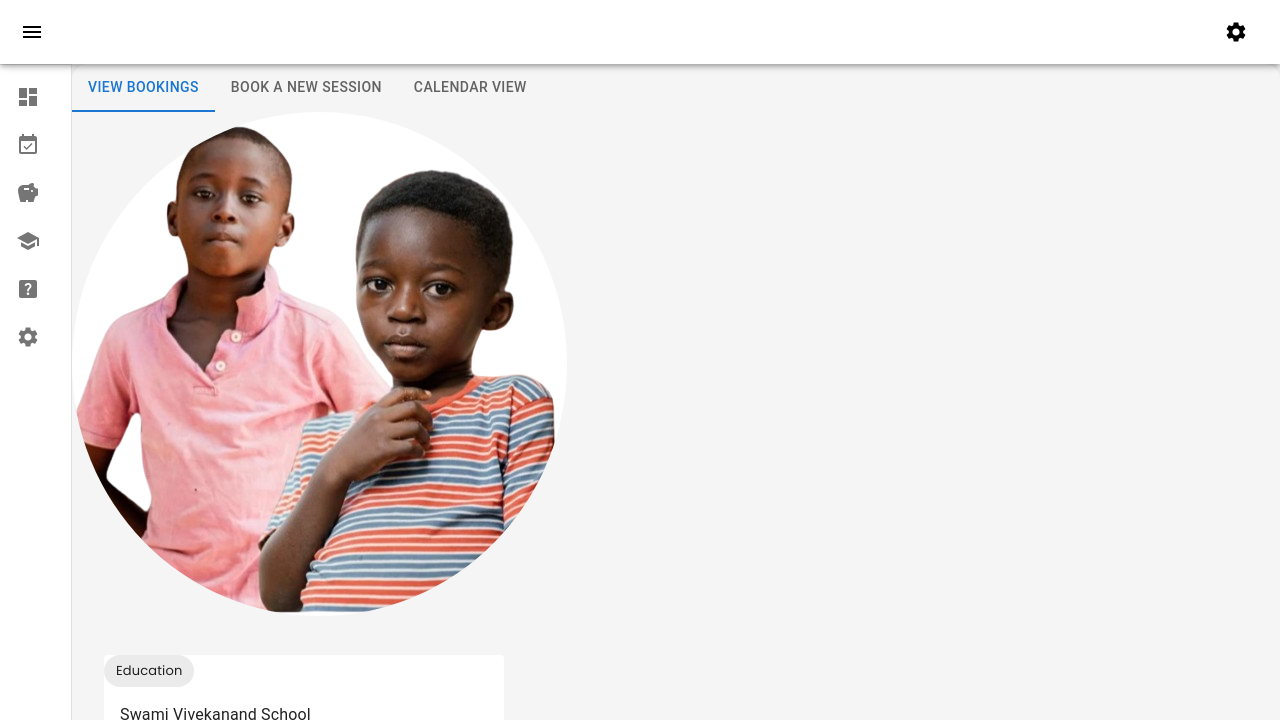
Repository: shubhampirate/Google_Solutions_Edural
Page: /bookings
An editor plug-in stored every save of this project. The page is shown before and after the next save, followed by the edit.
The browser window is 1280 px wide. The pictures show the whole page.
An inner scrolling area shows only its first screen. The project was rebuilt for these pictures with package versions that can differ from the ones it lists, and the page was loaded fresh each time. Some packages were replaced by stand-ins written for this rebuild. Also part of the build but not shown: src/Components/Navbar.jsx, src/Components/Footer.jsx, src/Components/CongratsCard.jsx, src/pages/Hero/Hero.jsx, src/pages/Dashboard/Dashboard.jsx, src/pages/Sign_in.jsx, src/pages/Bookings/LicenseCard.jsx.

Above is the page before, as saved 2024-02-04 17:27:59.

### src/index.js
import React from "react";
import ReactDOM from "react-dom/client";
import "./index.css";
import { GoogleOAuthProvider } from '@react-oauth/google';
import App from "./App";
import { BrowserRouter } from "react-router-dom";
const root = ReactDOM.createRoot(
    document.getElementById("root"));
root.render(
    <BrowserRouter>
<GoogleOAuthProvider clientId="730379698185-cv7a59sok9sod43v04ee6g6pt4gtaea2.apps.googleusercontent.com">
        {/* <React.StrictMode> */}
            <App />
        {/* </React.StrictMode> */}
    </GoogleOAuthProvider>
    </BrowserRouter>

);

### src/App.jsx
import Hero from "./pages/Hero/Hero";
import Dashboard from "./pages/Dashboard/Dashboard";
import Layout from "./Components/layout";
import SignIn from "./pages/Sign_in";
import Booking from "./pages/Bookings/bookings"
import {useState} from "react";
import { Route, Routes } from "react-router-dom";
function App() {
  return (
    <>
      {/* <Hero />   */}
      {/* <SignIn /> */}
      <Routes>
        <Route path="/signin" element={<><SignIn /></>} />
        <Route path="/dashboard" element={<Layout><Dashboard /></Layout>} />
        {/* <Route path="/education" element={<><Education /></>} /> */}
        <Route path="/bookings" element={<Layout><Booking /></Layout>} />
        {/* <Route path="/profile" element={<><Profile /></>} /> */}
        {/* <Route path="/finance" element={<><Finance /></>} /> */}
        {/* <Route path="/questions" element={<><Questions /></>} /> */}
        {/* <Route path="/retireaibot" element={<><Bot /></>} /> */}
        <Route path="/" element={<><Hero /></>} />
      </Routes>
         </>
  );
}

export default App;

### src/Components/layout.jsx
import React from 'react';
import { styled, createTheme, ThemeProvider } from '@mui/material/styles';
import CssBaseline from '@mui/material/CssBaseline';
import MuiDrawer from '@mui/material/Drawer';
import Box from '@mui/material/Box';
import MuiAppBar from '@mui/material/AppBar';
import Toolbar from '@mui/material/Toolbar';
import IconButton from '@mui/material/IconButton';
import MenuIcon from '@mui/icons-material/Menu';
import ChevronLeftIcon from '@mui/icons-material/ChevronLeft';
import { mainListItems } from './listItems';
import { List } from '@mui/material';
import Divider from '@mui/material/Divider';
import Badge from '@mui/material/Badge';
// import NotificationsIcon from '@mui/icons-material/Notifications';
import Typography from '@mui/material/Typography';
import SettingsIcon from '@mui/icons-material/Settings';
const drawerWidth = 240;

const AppBar = styled(MuiAppBar, {
  shouldForwardProp: (prop) => prop !== 'open',
})(({ theme, open }) => ({
  zIndex: theme.zIndex.drawer + 1,
  transition: theme.transitions.create(['width', 'margin'], {
    easing: theme.transitions.easing.sharp,
    duration: theme.transitions.duration.leavingScreen,
  }),
  ...(open && {
    marginLeft: drawerWidth,
    width: `calc(100% - ${drawerWidth}px)`,
    transition: theme.transitions.create(['width', 'margin'], {
      easing: theme.transitions.easing.sharp,
      duration: theme.transitions.duration.enteringScreen,
    }),
  }),
  backgroundColor: 'white', // Set background color to white
  color: 'black',
}));

const Drawer = styled(MuiDrawer, { shouldForwardProp: (prop) => prop !== 'open' })(
  ({ theme, open }) => ({
    '& .MuiDrawer-paper': {
      position: 'relative',
      whiteSpace: 'nowrap',
      width: drawerWidth,
      transition: theme.transitions.create('width', {
        easing: theme.transitions.easing.sharp,
        duration: theme.transitions.duration.enteringScreen,
      }),
      boxSizing: 'border-box',
      ...(!open && {
        overflowX: 'hidden',
        transition: theme.transitions.create('width', {
          easing: theme.transitions.easing.sharp,
          duration: theme.transitions.duration.leavingScreen,
        }),
        width: theme.spacing(7),
        [theme.breakpoints.up('sm')]: {
          width: theme.spacing(9),
        },
      }),
    },
  }),
);

const defaultTheme = createTheme();

const Layout = ({ children }) => {
  const [open, setOpen] = React.useState(false);

  const toggleDrawer = () => {
    setOpen(!open);
  };

  return (
    <ThemeProvider theme={defaultTheme}>
      <Box sx={{ display: 'flex' }}>
        <CssBaseline />
        <AppBar position="absolute" open={open}
        //  sx={{
        //         backgroundColor:
        //         // "rgba(244, 127, 42, 0.04)",
        //         (theme) =>
        //         theme.palette.mode === 'light'
        //             ? theme.palette.grey[100]
        //             : theme.palette.grey[900]}}
                    >
          <Toolbar
            sx={{
              pr: '24px', // keep right padding when drawer closed
            }}
          >
            <IconButton
              edge="start"
              color="inherit"
              aria-label="open drawer"
              onClick={toggleDrawer}
              sx={{
                marginRight: '36px',
                ...(open && { display: 'none' }),
              }}
            >
              <MenuIcon />
            </IconButton>
            <Typography
              component="h1"
              variant="h6"
              color="inherit"
              noWrap
              sx={{ flexGrow: 1 }}
            >
              {/* Dashboard */}
            </Typography>
            <IconButton color="inherit">
              {/* <Badge badgeContent={4} color="secondary"> */}
                <SettingsIcon />
              {/* </Badge> */}
            </IconButton>

          </Toolbar>
        </AppBar>
        <Drawer variant="permanent" open={open}>
          <Toolbar
            sx={{
              display: 'flex',
              alignItems: 'center',
              justifyContent: 'flex-end',
              px: [1],
            }}
          >
            <IconButton onClick={toggleDrawer}>
              <ChevronLeftIcon />
            </IconButton>
          </Toolbar>
          <Divider />
            <List component="nav">
                {mainListItems}
            </List>
        </Drawer>
        <Box
          component="main"
          sx={{
            backgroundColor: (theme) =>
              theme.palette.mode === 'light'
                ? theme.palette.grey[100]
                : theme.palette.grey[900],
            flexGrow: 1,
            height: '100vh',
            overflow: 'auto',
          }}
        >
          <Toolbar />
          {/* Content of individual pages */}
          {children}
        </Box>
      </Box>
    </ThemeProvider>
  );
};

export default Layout;

### src/pages/Bookings/bookings.jsx
import React, { useState, useEffect } from 'react';
import { styled, createTheme, ThemeProvider } from '@mui/material/styles';
import CssBaseline from '@mui/material/CssBaseline';
import Box from '@mui/material/Box';
import Tabs from '@mui/material/Tabs';
import Tab from '@mui/material/Tab';
import Card from '@mui/material/Card';
import CardContent from '@mui/material/CardContent';
import Typography from '@mui/material/Typography';
import GoogleMapReact from 'google-map-react'; // Install with npm/yarn
import FullCalendar from '@fullcalendar/react'; // Install with npm/yarn
import dayGridPlugin from '@fullcalendar/daygrid'; // Install with npm/yarn
import LicenseCard from './LicenseCard';
import { CardActions, Button } from '@mui/material';
import Chip from '@mui/material/Chip';
import CustomButton from '../../Components/CustomButton';
import heroImg from "../../media/img_main_page.png";
const defaultTheme = createTheme();

// Placeholder data for bookings and calendar events
const bookingsData = [
  { id: 1, title: 'Booking 1', date: '2024-02-10' },
  { id: 2, title: 'Booking 2', date: '2024-02-15' },
  // Add more booking data as needed
];

const calendarEvents = [
  { id: 1, title: 'Event 1', start: '2024-02-10', end: '2024-02-12' },
  { id: 2, title: 'Event 2', start: '2024-02-15', end: '2024-02-18' },
  // Add more calendar event data as needed
];

const AnyReactComponent = ({ text }) => <div>{text}</div>;

export default function Booking() {
  const [tabValue, setTabValue] = useState(0);

  const handleChangeTab = (event, newValue) => {
    setTabValue(newValue);
  };

  return (
    <ThemeProvider theme={defaultTheme}>
      <Box sx={{ display: 'flex', borderRadius: '16px', overflow: 'hidden', boxShadow: '0px 0px 10px rgba(0, 0, 0, 0.1)' }}>
        <CssBaseline />
        <Box
          component="main"
          sx={{
            backgroundColor: (theme) =>
              theme.palette.mode === 'light'
                ? theme.palette.grey[100]
                : theme.palette.grey[900],
            flexGrow: 1,
            height: '100vh',
            overflow: 'auto',
          }}
        >
          <Tabs value={tabValue} onChange={handleChangeTab}>
            <Tab label="View Bookings" />
            <Tab label="Book a New Session" />
            <Tab label="Calendar View" />
          </Tabs>

          {tabValue === 0 && (
            <Box>
              <div className="">
              <Box sx={{ flex: "0.75" }}>
            <img
              src={heroImg}
              alt="heroImg"
              style={{ maxWidth: "100%", maxHeight: "80%", borderRadius: "50%",  zIndex: -1,}}

            />
          </Box>
              <Card
      variant="solid"
      color="primary"

      sx={{
        boxShadow: 'lg',
        width: 400,
        overflow: 'auto',
        resize: 'horizontal',
        marginLeft:'2rem',
        marginTop:'2rem',


      }}
    >
      <Box sx={{ display: 'flex', gap: 1 }}>
        <Chip size="sm" variant="soft" label="Education" />

        {/* <Chip size="sm" variant="soft" label="Chip Filled" /> */}

      </Box>
      <div>
          <Typography fontSize="sm" textColor="text.tertiary">
{/*
          </Typography> */}
        </Typography>
      </div>
      <CardContent>
        <Typography level="title-lg"> Swami Vivekanand School </Typography>
        <Typography level="body-md">
         Venue : Palghar, Mumbai, India
        </Typography>
        <Typography level="body-md">
         Date : 29th February 2024
        </Typography>
      </CardContent>
      <CardActions>
      <CustomButton
              backgroundColor="#F47F2A"
              color="#fff"
              buttonText="Navigate to Maps"
              heroBtn={true}
            />
        {/* <Button variant="solid">Purchase Now</Button> */}
      </CardActions>
    </Card>
    </div>
            </Box>
          )}

          {tabValue === 1 && (
            <Box>
              {/* Book a New Session Content */}
              {/* Use Google Maps component to search for schools */}
              <GoogleMapReact
                bootstrapURLKeys={{ key: 'YOUR_GOOGLE_MAPS_API_KEY' }}
                defaultCenter={{ lat: 37.7749, lng: -122.4194 }}
                defaultZoom={10}
              >
                <AnyReactComponent lat={37.7749} lng={-122.4194} text="Your Location" />
              </GoogleMapReact>
            </Box>
          )}

          {tabValue === 2 && (
             <Box>
             {/* Calendar View Content */}
             {/* <FullCalendar
               plugins={[dayGridPlugin]}
               initialView="dayGridMonth"
               events={calendarEvents}
             /> */}
           </Box>          )}
        </Box>
      </Box>
    </ThemeProvider>
  );
}

### src/Components/CustomButton.jsx
import { Button, styled } from "@mui/material";
import React from "react";

const CustomButton = ({
  backgroundColor,
  color,
  buttonText,
  heroBtn,
  guideBtn,
  getStartedBtn,
}) => {
  const CustomButton = styled(Button)(({ theme }) => ({
    backgroundColor: backgroundColor,
    color: color,
    fontWeight: "700",
    fontSize: "14px",
    cursor: "pointer",
    padding: "0.5rem 1.25rem",
    borderRadius: "7px",
    textTransform: "none",
    display: "block",
    border: "2px solid transparent",
    "&:hover": {
      backgroundColor: color,
      color: backgroundColor,
      borderColor: backgroundColor,
    },
    [theme.breakpoints.down("md")]: {
      margin: (heroBtn || getStartedBtn) && theme.spacing(0, "auto", 3, "auto"),
      width: (heroBtn || getStartedBtn) && "90%",
    },
    [theme.breakpoints.down("sm")]: {
      marginTop: guideBtn && theme.spacing(3),
      width: guideBtn && "90%",
    },
  }));

  return <CustomButton>{buttonText}</CustomButton>;
};

export default CustomButton;

### src/Components/listItems.jsx
import * as React from 'react';
import ListItemButton from '@mui/material/ListItemButton';
import ListItemIcon from '@mui/material/ListItemIcon';
import ListItemText from '@mui/material/ListItemText';
import DashboardIcon from '@mui/icons-material/Dashboard';
import MedicalInformationIcon from '@mui/icons-material/MedicalInformation';
import SavingsIcon from '@mui/icons-material/Savings';
import SchoolIcon from '@mui/icons-material/School';
import HelpCenterIcon from '@mui/icons-material/HelpCenter';
import SettingsIcon from '@mui/icons-material/Settings';
import SmartToyIcon from '@mui/icons-material/SmartToy';
import { Link } from 'react-router-dom';
// import GoogleTranslateComponent from './GoogleTranslateComponent';
import EventAvailableIcon from '@mui/icons-material/EventAvailable';

export const mainListItems = (
  <>
    <React.Fragment>
      <Link to="/dashboard" style={{ textDecoration: "none", color: "black" }}>
        <ListItemButton>
          <ListItemIcon>
            <DashboardIcon />
          </ListItemIcon>
          <ListItemText primary="Dashboard" />
        </ListItemButton>
      </Link>
      <Link to="/bookings" style={{ textDecoration: "none", color: "black" }}>
        <ListItemButton>
          <ListItemIcon>
            <EventAvailableIcon />
          </ListItemIcon>
          <ListItemText primary="Bookings" />
        </ListItemButton>
      </Link>
      <Link to="/donation" style={{ textDecoration: "none", color: "black" }}>
        <ListItemButton>
          <ListItemIcon>
            <SavingsIcon />
          </ListItemIcon>
          <ListItemText primary="Donation" />
        </ListItemButton>
      </Link>
      <Link to="/education" style={{ textDecoration: "none", color: "black" }}>
        <ListItemButton>
          <ListItemIcon>
            <SchoolIcon />
          </ListItemIcon>
          <ListItemText primary="Educational Test" />
        </ListItemButton>
      </Link>
      <Link to="/questions" style={{ textDecoration: "none", color: "black" }}>
        <ListItemButton>
          <ListItemIcon>
            <HelpCenterIcon />
          </ListItemIcon>
          <ListItemText primary="FAQ" />
        </ListItemButton>
      </Link>
      <Link to="/profile" style={{ textDecoration: "none", color: "black" }}>
        <ListItemButton>
          <ListItemIcon>
            <SettingsIcon />
          </ListItemIcon>
          <ListItemText primary="Profile" />
        </ListItemButton>
      </Link>
      {/* <Link to="/retireaibot" style={{ textDecoration: "none", color: "black" }}>
        <ListItemButton>
          <ListItemIcon>
            <SmartToyIcon />
          </ListItemIcon>
          <ListItemText primary="Retire AI Bot" />
        </ListItemButton>
      </Link> */}
    </React.Fragment >
  </>
);

Loaded but not shown: public/index.html (common file); src/index.css (common file)

After the next save:
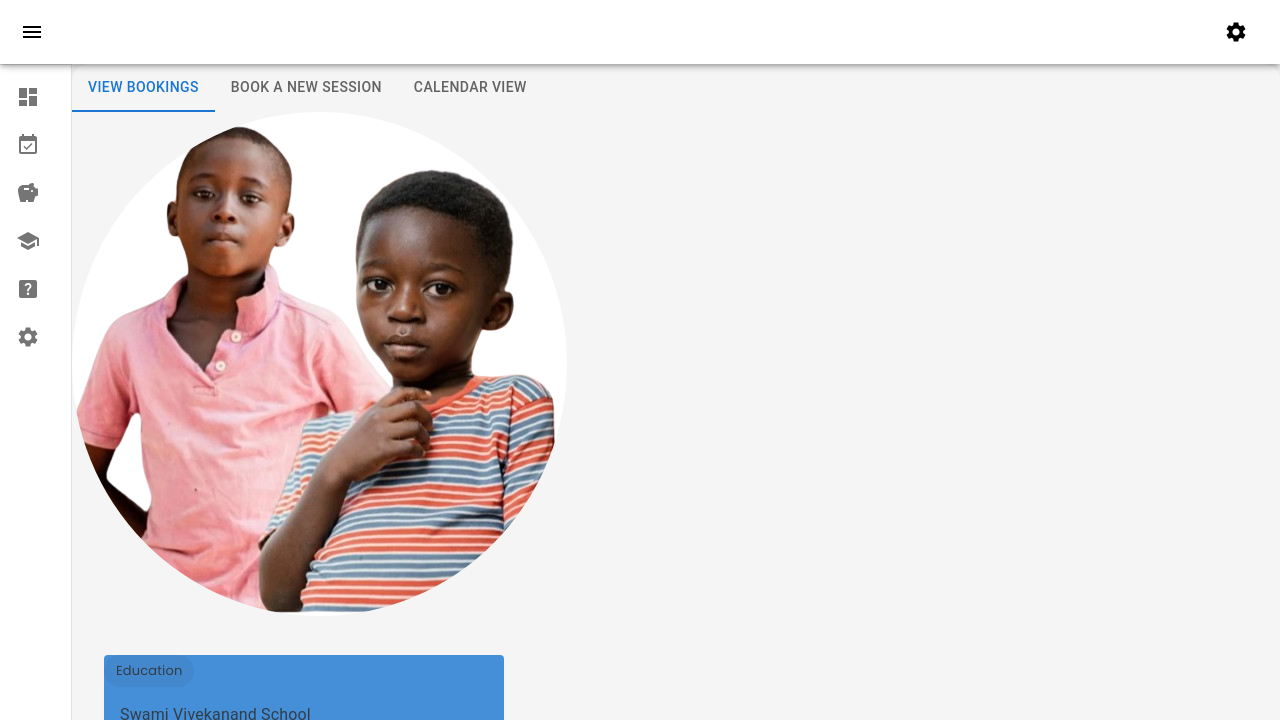
Saved 2 min 16 s later.
--- a/src/pages/Bookings/bookings.jsx
+++ b/src/pages/Bookings/bookings.jsx
@@ -78,11 +78,15 @@ export default function Booking() {
 
       sx={{
         boxShadow: 'lg',
-        width: 400,
-        overflow: 'auto',
-        resize: 'horizontal',
-        marginLeft:'2rem',
-        marginTop:'2rem',
+            width: 400,
+            overflow: 'auto',
+            resize: 'horizontal',
+            marginLeft: '2rem',
+            marginTop: '2rem',
+            position: 'relative',
+            zIndex: 1,
+            backgroundColor: (theme) => theme.palette.primary.main,
+            opacity: 0.8, // Adjust the opacity as needed
 
 
       }}

After the save that followed:
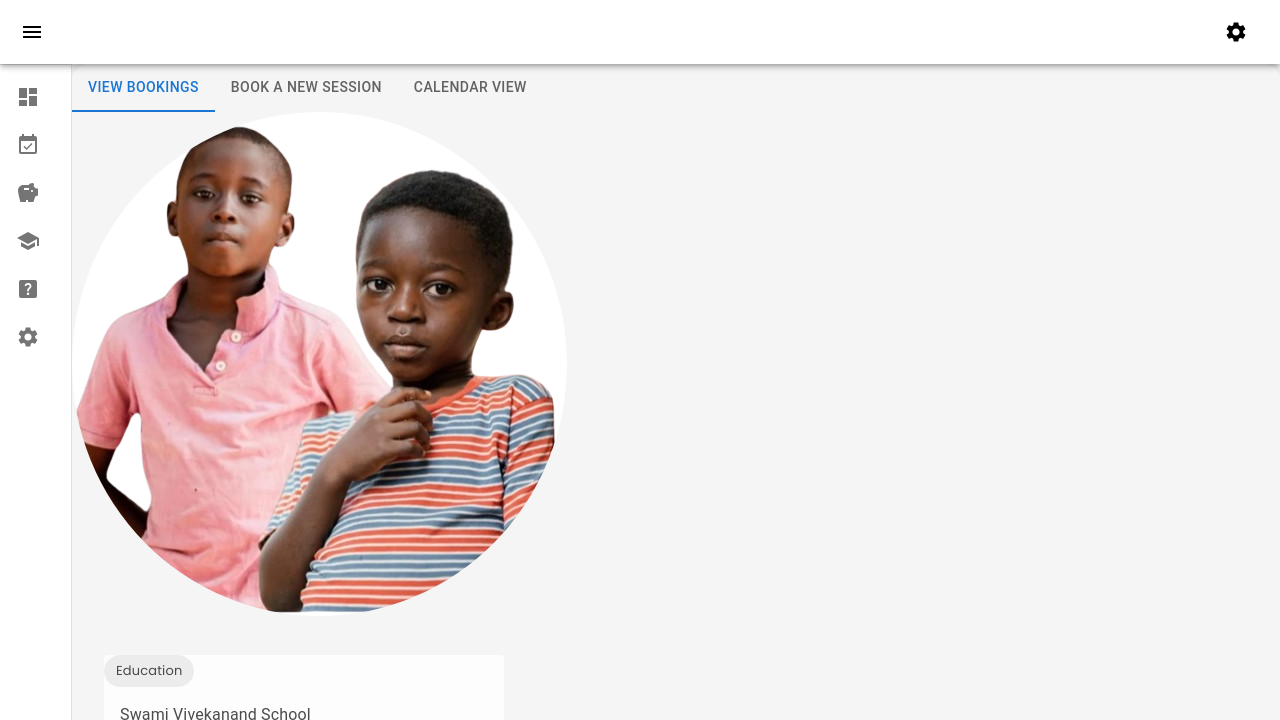
Saved 10 s later.
--- a/src/pages/Bookings/bookings.jsx
+++ b/src/pages/Bookings/bookings.jsx
@@ -85,7 +85,7 @@ export default function Booking() {
             marginTop: '2rem',
             position: 'relative',
             zIndex: 1,
-            backgroundColor: (theme) => theme.palette.primary.main,
+            // backgroundColor: (theme) => theme.palette.primary.main,
             opacity: 0.8, // Adjust the opacity as needed
 
 
